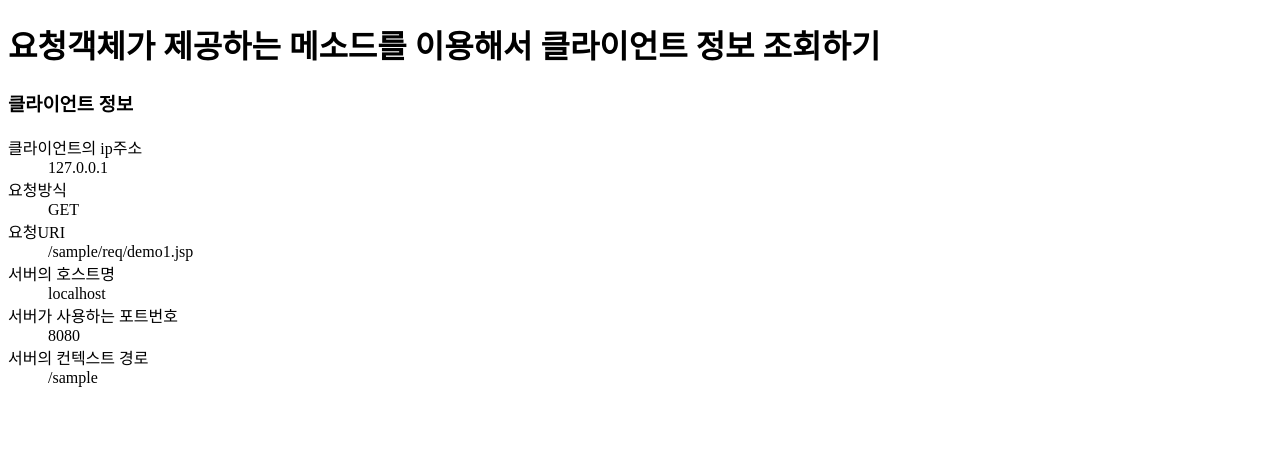
Repository: onuo77/ja_HTA
Page: http://localhost/sample/req/demo1.jsp
An editor plug-in stored every save of this project. The page is shown before and after the next save, followed by the edit.
The browser window is 1280 px wide. The pictures show the whole page.
The page is served by Tomcat 9. Other server files are loaded and not shown.

Above is the page before, as saved 2021-05-20 01:47:29.

### java-web/sample/src/main/webapp/req/demo1.jsp
<%@ page language="java" contentType="text/html; charset=UTF-8"
    pageEncoding="UTF-8"%>
<!DOCTYPE html>
<html>
<head>
<meta charset="UTF-8">
<title>요청객체를 사용해서 클라이언트의 정보 조회하기</title>
</head>
<body>
	<h1>요청객체가 제공하는 메소드를 이용해서 클라이언트 정보 조회하기</h1>

	<h3>클라이언트 정보</h3>
	<%
		//요청객체가 제공하는 메소드로 클라이언트 정보 조회하기

		//클라이언트의 ip주소 획득
		String ipAddress = request.getRemoteAddr();

		//클라이언트의 요청방식(GET, POST, PUT, DELETE 등) 조회하기
		String method = request.getMethod();

		//요청URI 조회하기
		//URL(Uniform Resource Locator) : 자원의 위치
		//URI(Uniform Resource Identifier) : 자원에 대한 식별자
		String uri = request.getRequestURI();

		//서버의 호스트명
		String serverName = request.getServerName();

		//서버가 사용중인 포트번호
		int port = request.getServerPort();

		//컨텍스트 경로
		// - 웹애플리케이션 프로젝트를 구분할 때 사용되는 경로
		// - 지정하지 않으면 프로젝트명이 컨텍스트패스가 된다.
		String contextPath = request.getContextPath();
	%>

	<dl>
		<dt>클라이언트의 ip주소</dt><dd><%=ipAddress %></dd>
		<dt>요청방식</dt><dd><%=method %></dd>
		<dt>요청URI</dt><dd><%=uri %></dd>
		<dt>서버의 호스트명</dt><dd><%=serverName %></dd>
		<dt>서버가 사용하는 포트번호</dt><dd><%=port %></dd>
		<dt>서버의 컨텍스트 경로</dt><dd><%=contextPath %></dd>
	</dl>
</body>
</html>

After the next save:
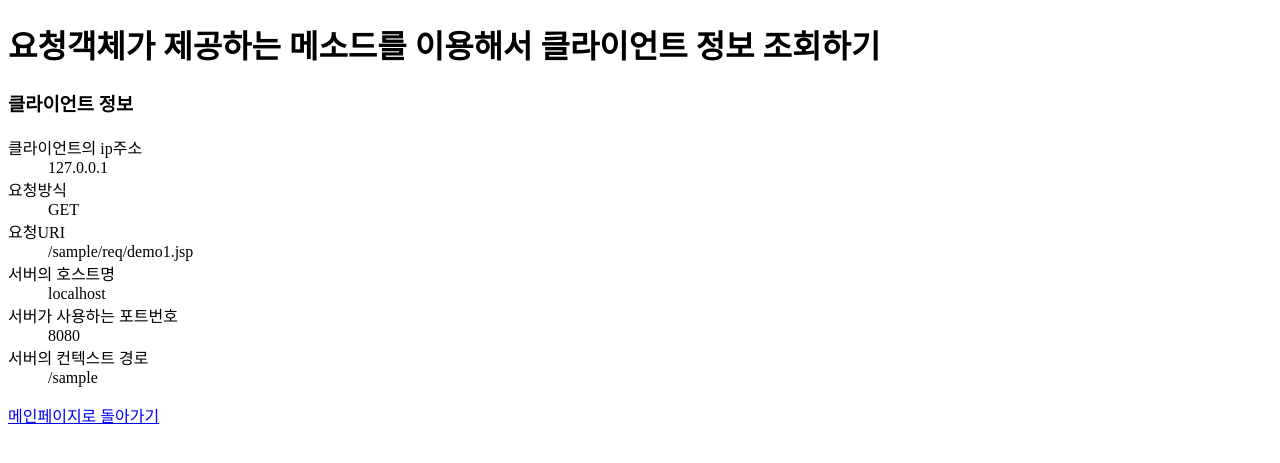
Saved 105 s later.
--- a/java-web/sample/src/main/webapp/req/demo1.jsp
+++ b/java-web/sample/src/main/webapp/req/demo1.jsp
@@ -44,5 +44,7 @@
 		<dt>서버가 사용하는 포트번호</dt><dd><%=port %></dd>
 		<dt>서버의 컨텍스트 경로</dt><dd><%=contextPath %></dd>
 	</dl>
+
+	<p><a href="../main.jsp">메인페이지로 돌아가기</a></p>
 </body>
 </html>
